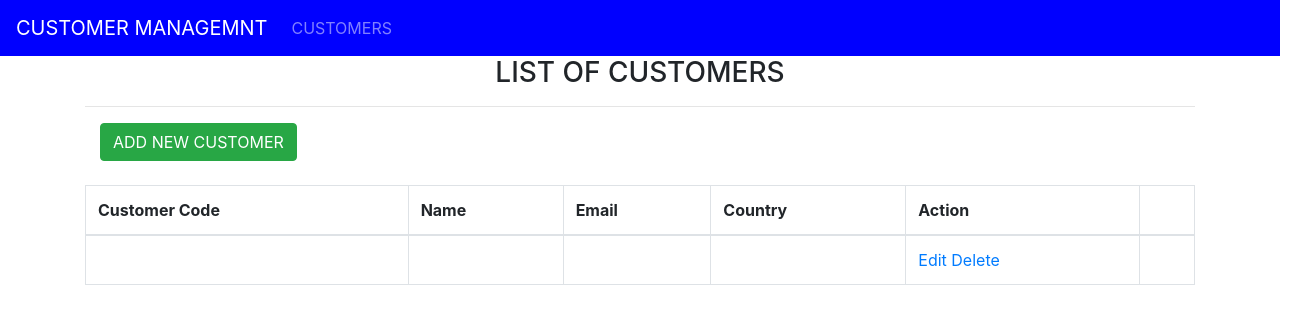
Repository: shruti-2522/webdirekt-assignment
Page: http://localhost/Customer-Project/
These files come from the project's save history. The page is drawn as it stood at one moment and after the next save; the edit follows.
The browser window is 1280 px wide. The page is 1295 px wide, so the pictures cover 1295 px, including what lies to the right of the window. The pictures show the whole page.
The page is served by Tomcat 9. Other server files are loaded and not shown. Queries for data that is not in the repository find no rows.

Above is the page before, as saved 2021-07-05 11:14:50.

### Customer-Project/src/main/webapp/customer-list.jsp
<%@ page language="java" contentType="text/html; charset=ISO-8859-1"
	pageEncoding="ISO-8859-1"%>
<!DOCTYPE html>
<html>
<head>
<meta charset="ISO-8859-1">
<title>CUSTOMER LIST</title>
<link rel="stylesheet"
	href="https://cdn.jsdelivr.net/npm/bootstrap@4.5.3/dist/css/bootstrap.min.css"
	integrity="sha384-TX8t27EcRE3e/ihU7zmQxVncDAy5uIKz4rEkgIXeMed4M0jlfIDPvg6uqKI2xXr2"
	crossorigin="anonymous">
</head>
<body>
	<header>
		<nav class="navbar navbar-expand-md navbar-dark"
			style="background-color: blue">
			<div>
				<a class="navbar-brand">CUSTOMER MANAGEMNT</a>
			</div>

			<ul class="navbar-nav">
				<li><a href="<%=request.getContextPath()%>/list"
					class="nav-link">CUSTOMERS</a></li>
			</ul>
		</nav>


	</header>


	<div class="row">
		<div class="container">
			<h3 class="text-center">LIST OF CUSTOMERS</h3>
			<hr>


			<div class="container text-left">
				<a href="<%=request.getContextPath()%>/new"
					class="btn btn-success">ADD NEW CUSTOMER</a>

			</div>

			<br>

			<table class="table-bordered table">
				<thead>
					<tr>
						<th>Customer Code</th>
						<th>Name</th>
						<th>Email</th>
						<th>Country</th>
						<th>Action
						<th>
					</tr>
				</thead>
				<tbody>
				<c:forEach var="customer"  items="${listCustomer}">

					<tr>

						<td><c:out value="${customer.id} " /></td>
						<td><c:out value="${customer.name} " /></td>
						<td><c:out value="${customer.email} " /></td>
						<td><c:out value="${customer.country} " /></td>
						<td><a href="edit?id=<c:out value='${customer.id}'/>">Edit</a>
						<a href="delete?id=<c:out value='${customer.id}'/>">Delete</a>

					</tr>
					</c:forEach>
				</tbody>

			</table>


		</div>
	</div>

</body>
</html>

### Customer-Project/src/main/java/com/user/customer/Web/customerServlet.java
package com.user.customer.Web;

import java.io.IOException;
import java.sql.SQLException;
import java.util.List;

import javax.servlet.RequestDispatcher;
import javax.servlet.ServletException;
import javax.servlet.annotation.WebServlet;
import javax.servlet.http.HttpServlet;
import javax.servlet.http.HttpServletRequest;
import javax.servlet.http.HttpServletResponse;

import com.user.customer.Dao.customerDao;
import com.user.customer.Model.Customer;

@WebServlet("/")
public class customerServlet extends HttpServlet {
	private static final long serialVersionUID = 1L;
	private customerDao customerdao;

	public void init() {
		customerdao = new customerDao();

	}

	protected void doPost(HttpServletRequest request, HttpServletResponse response)
			throws ServletException, IOException {

		doGet(request, response);
	}

	protected void doGet(HttpServletRequest request, HttpServletResponse response)
			throws ServletException, IOException {
		String action = request.getContextPath();

		try {
			switch (action) {
			case "/new":
				showNewForm(request, response);
				break;
			case "/insert":
				insertCustomer(request, response);
				break;
			case "/edit":
				showEditForm(request, response);

				break;
			case "/update":
				updateCustomer(request, response);

				break;
			case "/delete":
				deleteCustomer(request, response);
				break;

			default:
				listCustomer(request, response);
				break;
			}
		} catch (SQLException e) {
			throw new ServletException();
		}
	}

	// new
	private void showNewForm(HttpServletRequest request, HttpServletResponse response)
			throws ServletException, IOException {

		RequestDispatcher r1 = request.getRequestDispatcher("customer-form.jsp");
		r1.forward(request, response);

	}

	// insert
	private void insertCustomer(HttpServletRequest request, HttpServletResponse response)
			throws SQLException, IOException {
		String name = request.getParameter("name");
		String addr1 = request.getParameter("addr1");
		String addr2 = request.getParameter("addr2");
		String street = request.getParameter("street");
		String country = request.getParameter("country");
		int zip = Integer.parseInt(request.getParameter("zip"));
		String city = request.getParameter("city");
		int phone = Integer.parseInt(request.getParameter("phone"));
		int fax = Integer.parseInt(request.getParameter("fax"));
		String web = request.getParameter("web");
		String email = request.getParameter("email");
		String notes = request.getParameter("notes");

		Customer c1 = new Customer(name, addr1, addr2, street, country, zip, city, phone, fax, web, email, notes);
		customerdao.insertCustomer(c1);
		response.sendRedirect("list");

	}

	private void showEditForm(HttpServletRequest request, HttpServletResponse response)
			throws ServletException, IOException, SQLException {

		int id = Integer.parseInt(request.getParameter("id"));

		Customer c2 = customerdao.selectCustomer(id);
		RequestDispatcher r2 = request.getRequestDispatcher("customer-form.jsp");
		request.setAttribute("customer", c2);

		r2.forward(request, response);

	}

	// update
	private void updateCustomer(HttpServletRequest request, HttpServletResponse response) throws SQLException, IOException {
		int id = Integer.parseInt(request.getParameter("id"));
		String name = request.getParameter("name");
		String addr1 = request.getParameter("addr1");
		String addr2 = request.getParameter("addr2");
		String street = request.getParameter("street");
		String country = request.getParameter("country");
		int zip = Integer.parseInt(request.getParameter("zip"));
		String city = request.getParameter("city");
		int phone = Integer.parseInt(request.getParameter("phone"));
		int fax = Integer.parseInt(request.getParameter("fax"));
		String web = request.getParameter("web");
		String email = request.getParameter("email");
		String notes = request.getParameter("notes");

		Customer c1 = new Customer(name, addr1, addr2, street, country, zip, city, phone, fax, web, email, notes);
		customerdao.updateCustomer(c1);
		response.sendRedirect("list");

	}

	private void deleteCustomer(HttpServletRequest request, HttpServletResponse response)
			throws SQLException, IOException {
		int id = Integer.parseInt(request.getParameter("id"));
		customerdao.delCustomer(id);
		response.sendRedirect("list");

	}

	private void listCustomer(HttpServletRequest request, HttpServletResponse response)
			throws SQLException, ServletException, IOException {
		List<Customer> listCustomer = customerdao.selectAllCustomer();
		request.setAttribute("listCustomer", listCustomer);
		RequestDispatcher r6 = request.getRequestDispatcher("customer-list.jsp");
		r6.forward(request, response);

	}

}

After the next save:
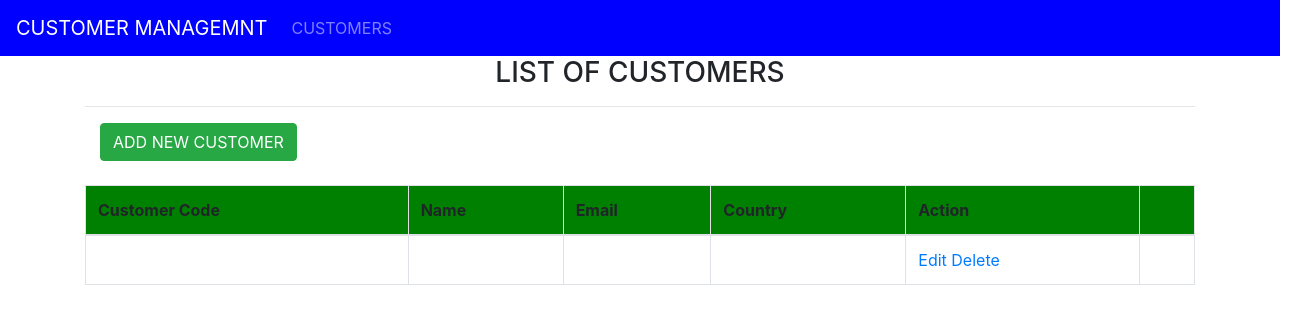
Saved 2 min 49 s later.
--- a/Customer-Project/src/main/webapp/customer-list.jsp
+++ b/Customer-Project/src/main/webapp/customer-list.jsp
@@ -43,7 +43,7 @@
 			<br>
 
 			<table class="table-bordered table">
-				<thead>
+				<thead style="background-color:green">
 					<tr>
 						<th>Customer Code</th>
 						<th>Name</th>
